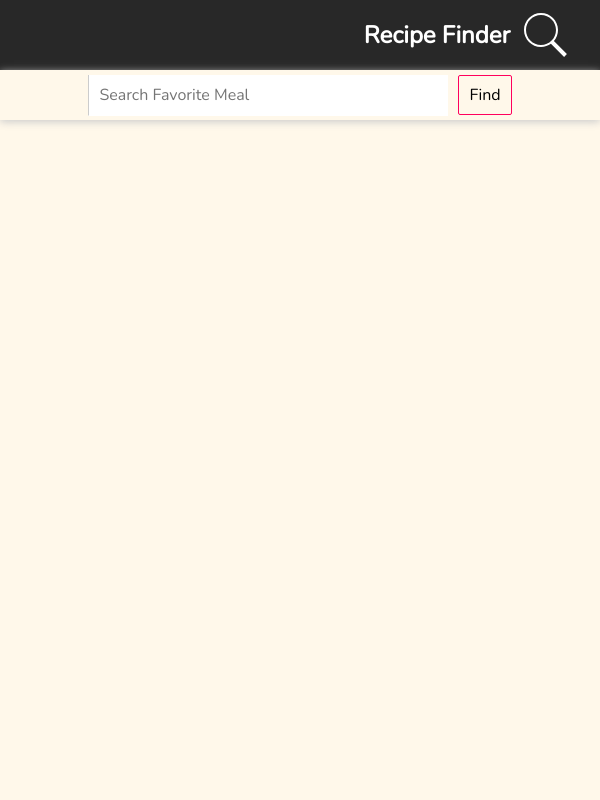
Repository: burntaftermint/recipes
Page: index.html
An editor plug-in stored every save of this project. The page is shown before and after the next save, followed by the edit.
The browser window is 600 px wide. The pictures show the whole page.
The page's requests for data from a server got no answer.

Above is the page before, as saved 2023-11-07 03:28:34.

After the next save:
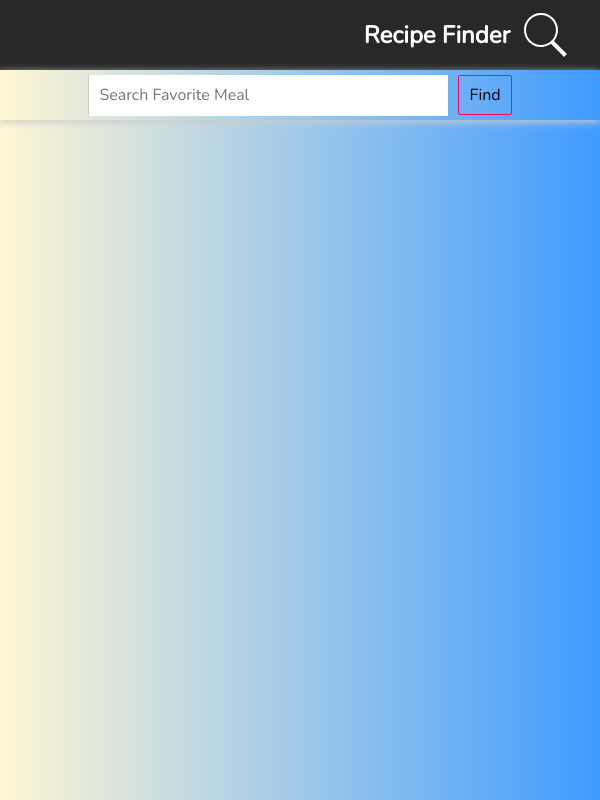
Saved 31 s later.
--- a/style.css
+++ b/style.css
@@ -175,6 +175,6 @@ header img {
 
 @media only screen and (max-width: 700px) {
     body{
-        background: rgb(255, 248, 234);
+        background: linear-gradient(to right, #fff6d4, #3f9bfe);
     }
 }
